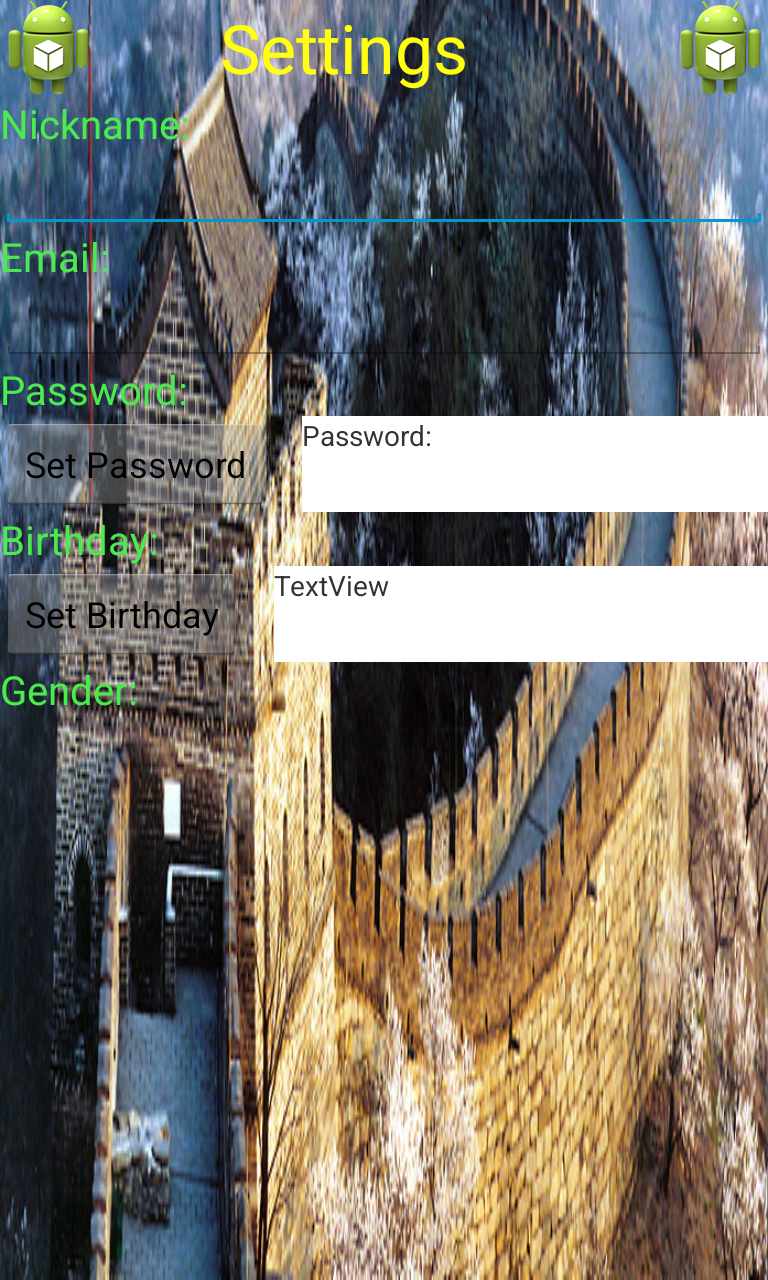
Repository: wzbbbb/bkp_home
Layout: java/BeenThere,DoneThat!/res/layout/activity_quitzsettings.xml
These files come from the project's save history. The layout is drawn as it stood at one moment and after the next save; the edit follows.
It is drawn on a 768 x 1280 px phone screen (xhdpi) without system bars, with theme AppTheme; the app's code is not run.

Above is the layout before, as saved 2013-09-26 01:18:31.

After the next save:
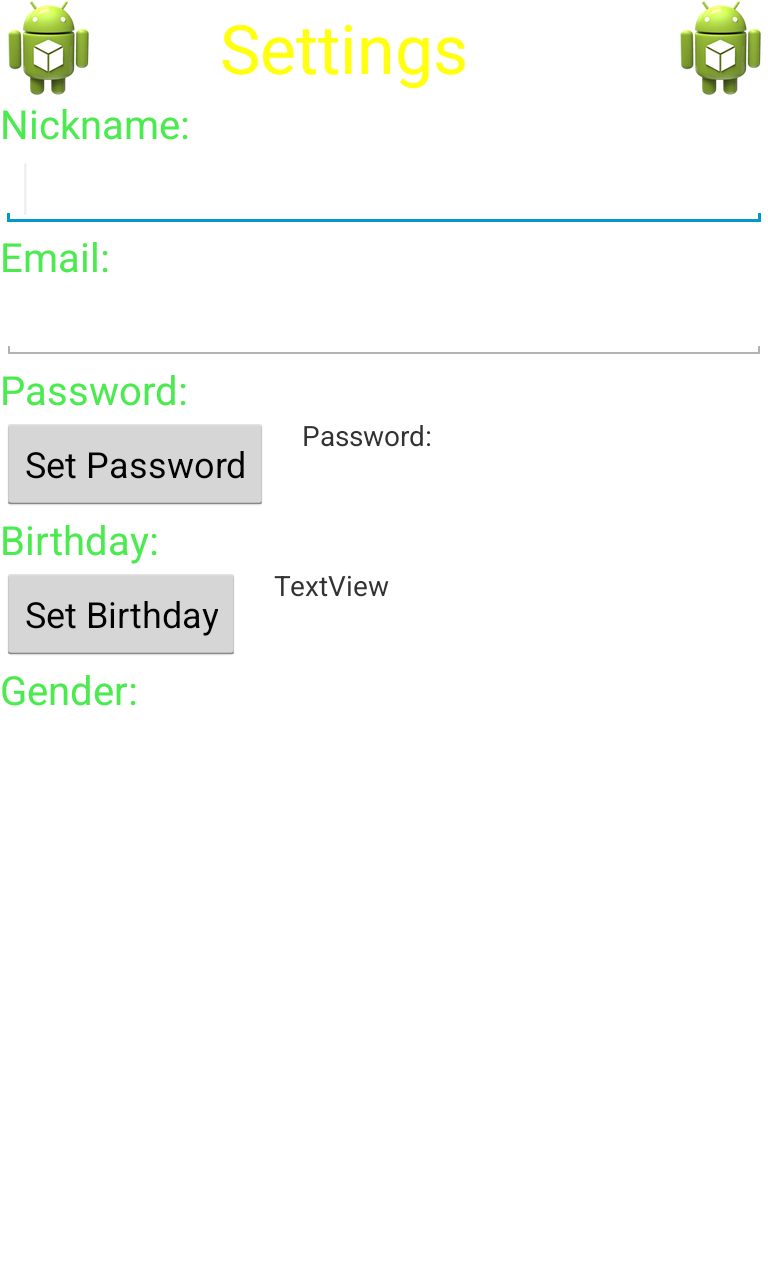
Saved 2 min 6 s later.
--- a/java/BeenThere,DoneThat!/res/layout/activity_quitzsettings.xml
+++ b/java/BeenThere,DoneThat!/res/layout/activity_quitzsettings.xml
@@ -1,7 +1,7 @@
 <LinearLayout xmlns:android="http://schemas.android.com/apk/res/android"
     android:layout_width="fill_parent"
     android:layout_height="fill_parent"
-    android:background="@drawable/great_wall"
+    android:background="@android:color/transparent"
     android:orientation="vertical" >
 
     <RelativeLayout
